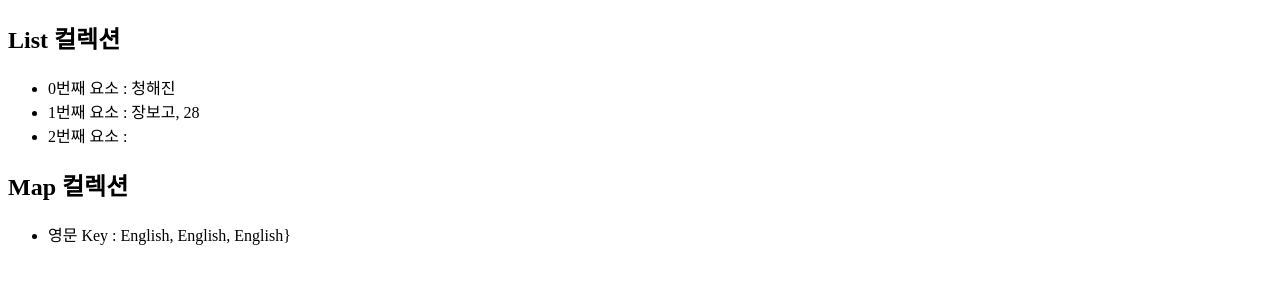
Repository: dogksi/JSP
Page: http://localhost/TestJSP/EL/CollectionUse.jsp
These files come from the project's save history. The page is drawn as it stood at one moment and after the next save; the edit follows.
The browser window is 1280 px wide. The pictures show the whole page.
The page is served by Tomcat 10. Nobody is signed in. The application's start-up code is not run.

Above is the page before, as saved 2023-09-15 07:50:52.

After the next save:
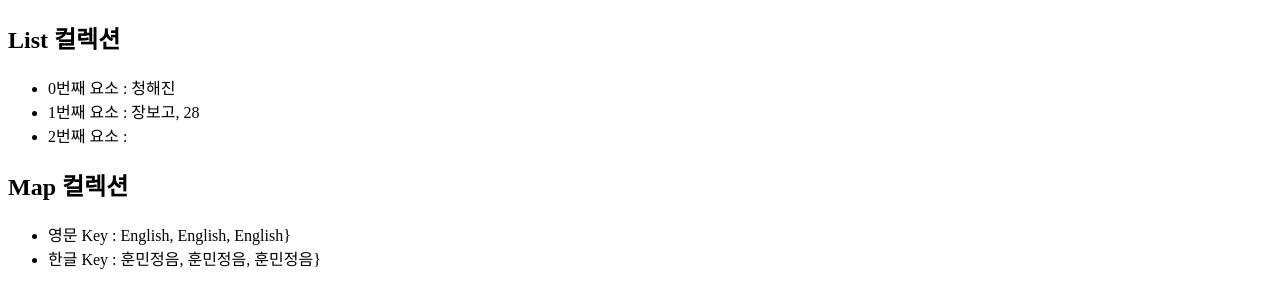
Saved 39 s later.
--- a/TestJSP/src/main/webapp/EL/CollectionUse.jsp
+++ b/TestJSP/src/main/webapp/EL/CollectionUse.jsp
@@ -33,6 +33,7 @@ pageContext.setAttribute("King", map);
 %>
 <ul>
 	<li>영문 Key : ${King["Eng"]}, ${King['Eng']}, ${King.Eng}}</li>
+	<li>한글 Key : ${King["한글"]}, ${King['한글']}, ${King.한글}}</li><!-- 에러 -->
 </ul>
 </body>
 </html>
